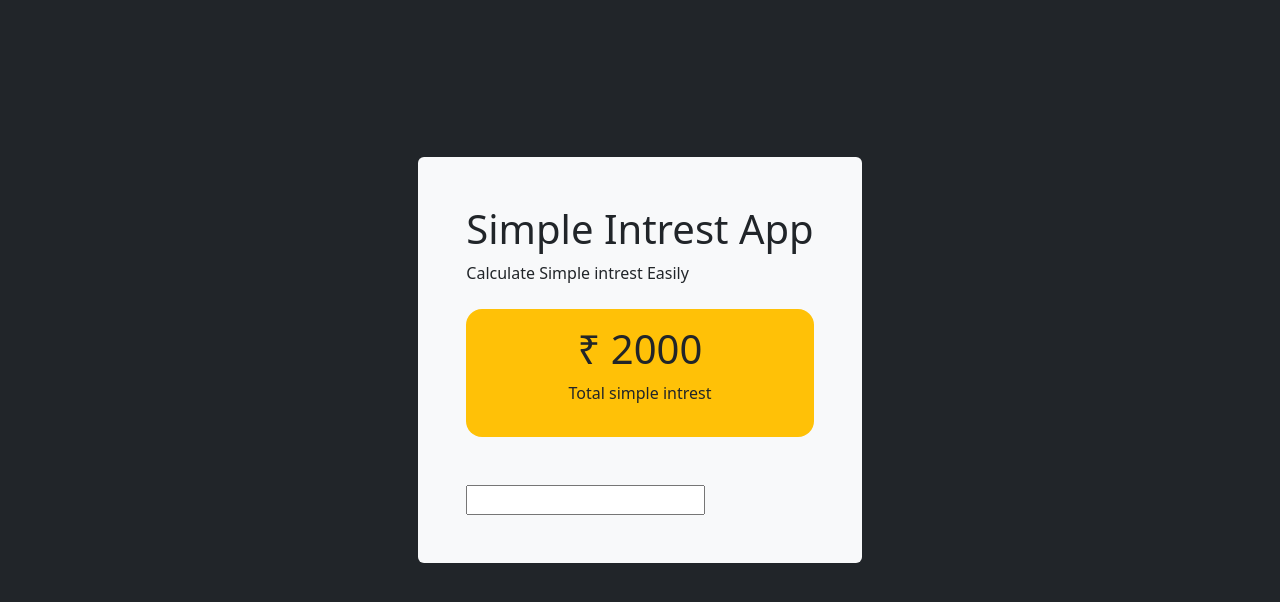
Repository: Afraz13/simple-intrest
Page: /
An editor plug-in stored every save of this project. The page is shown before and after the next save, followed by the edit.
The browser window is 1280 px wide. The pictures show the whole page.
The project was rebuilt for these pictures with package versions that can differ from the ones it lists, and the page was loaded fresh each time. Also part of the build but not shown: src/index.css, src/App.css.

Above is the page before, as saved 2024-07-15 20:33:15.

After the next save:
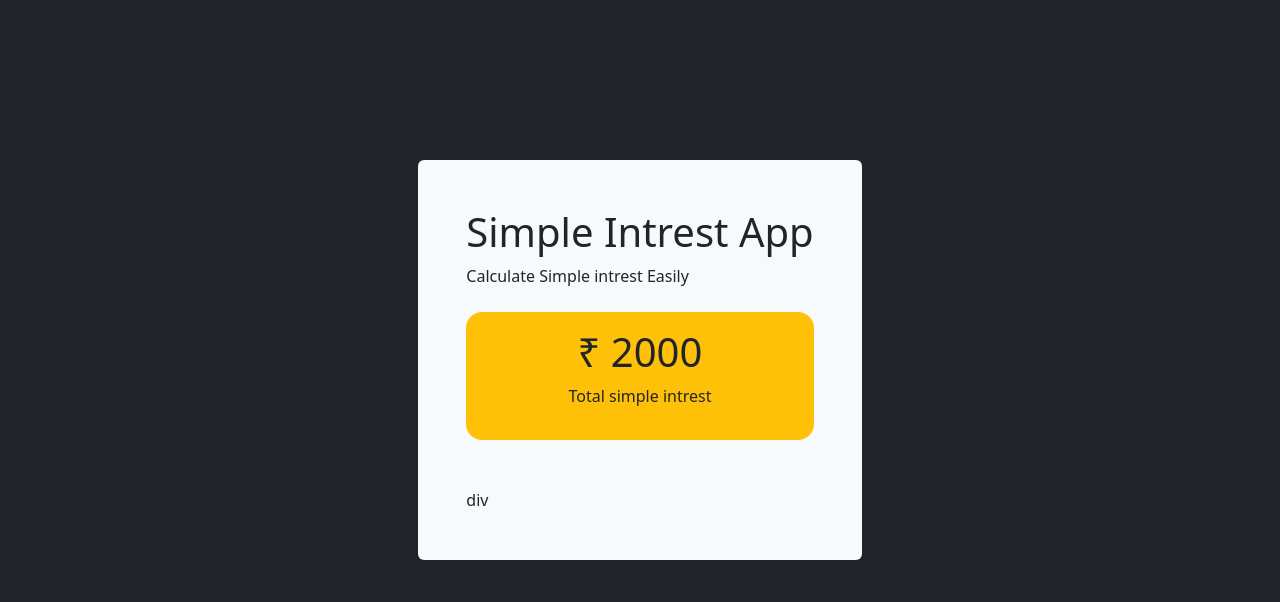
Saved 9 s later.
--- a/src/App.js
+++ b/src/App.js
@@ -12,7 +12,7 @@ function App() {
       <p>Total simple intrest</p>
     </div>
     <form action="" className='mt-5'>
-      <input type="text" />
+     div
     </form>
     </div>
     </div>
